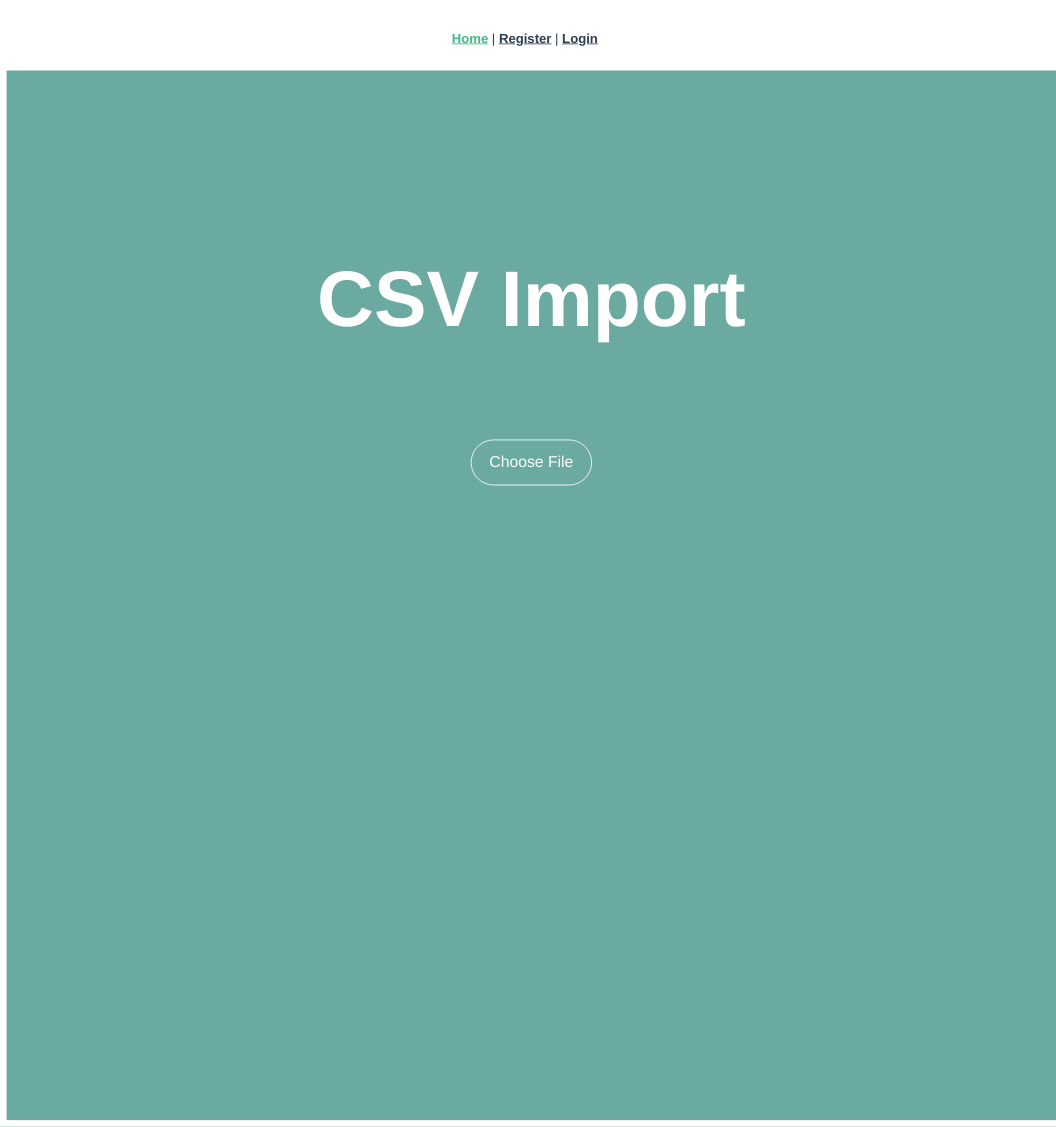
Repository: Flypr/licentaCSV
Page: /
An editor plug-in stored every save of this project. The page is shown before and after the next save, followed by the edit.
The browser window is 1280 px wide. The page is 1288 px wide, then 1280 px, so the pictures cover 1288 px, including what lies to the right of the window. The pictures show the whole page, at 82% of full size.
The project was rebuilt for these pictures with package versions that can differ from the ones it lists, and the page was loaded fresh each time.

Above is the page before, as saved 2021-03-16 18:04:31.

After the next save:
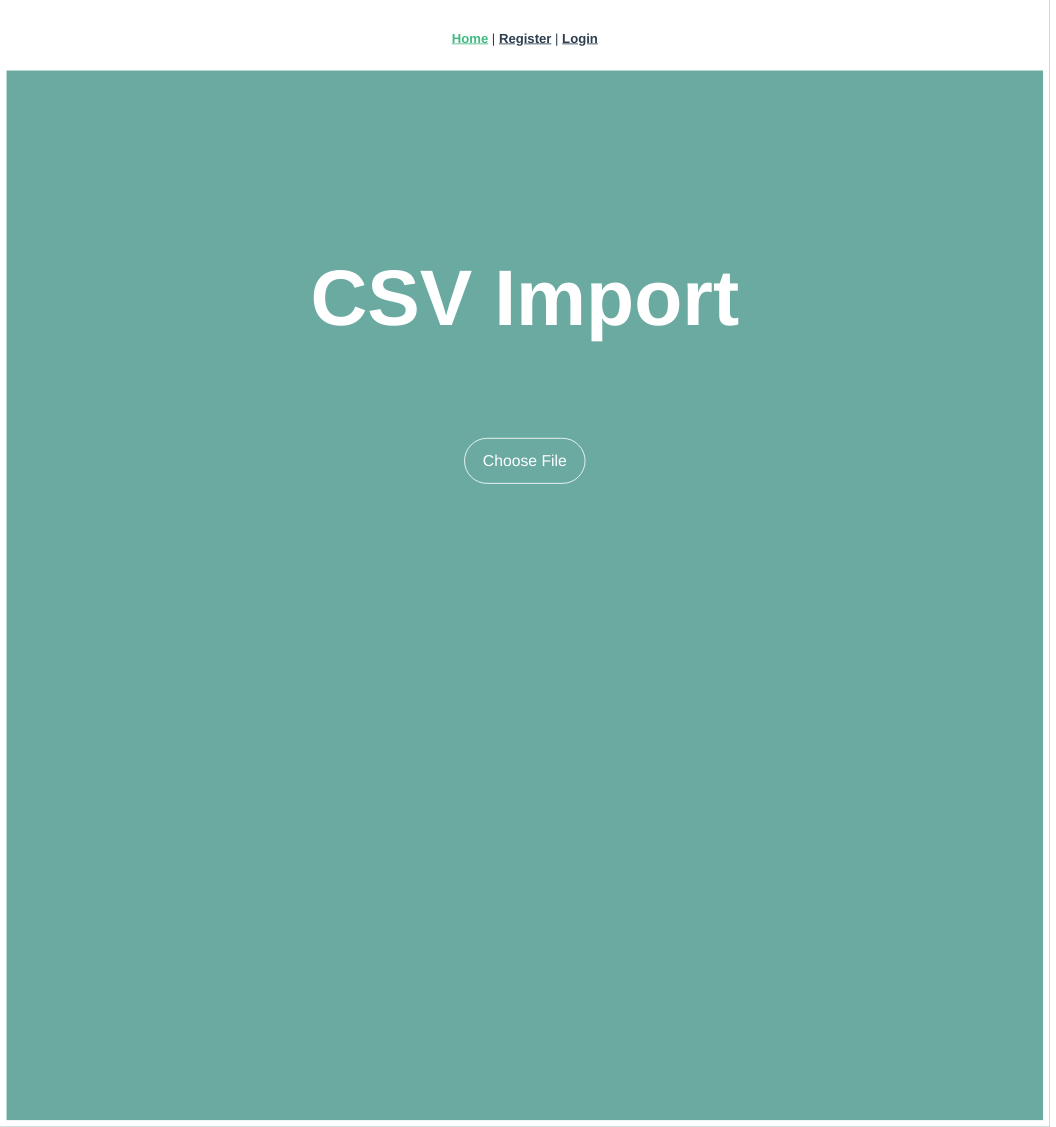
Saved 11 s later.
--- a/src/views/Home.vue
+++ b/src/views/Home.vue
@@ -120,7 +120,7 @@ html, body {
 }
 
 .container {
-  width: 100vw;
+  /* width: 100vw; */
   height: 100vw;
   background-color: #6baaa1;
 }
